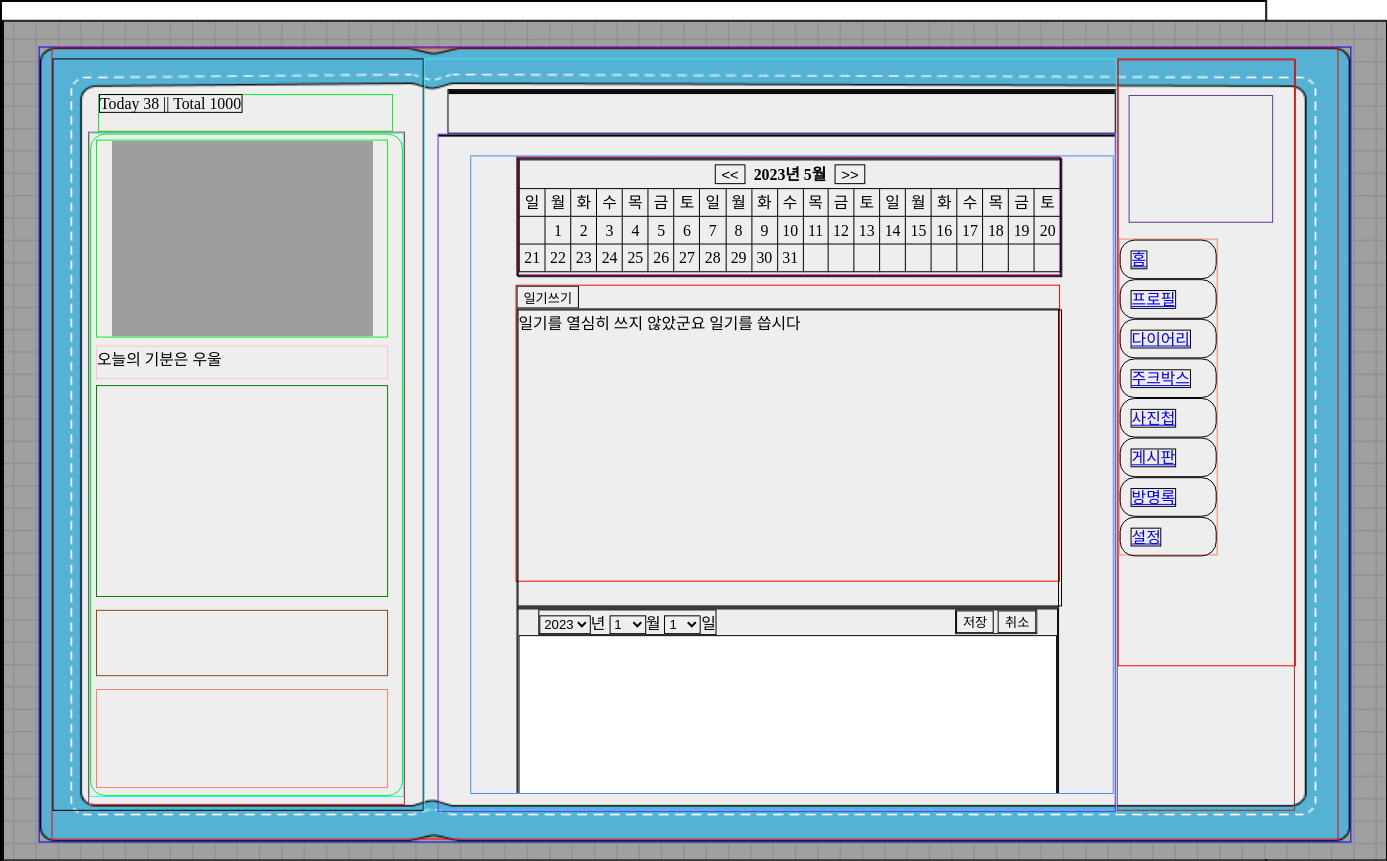
Repository: BBoBBoM/Jsp-workspace
Page: http://localhost/cyworldrenew1/diary.jsp
An editor plug-in stored every save of this project. The page is shown before and after the next save, followed by the edit.
The browser window is 1280 px wide. The page is 1401 px wide, so the pictures cover 1401 px, including what lies to the right of the window. The pictures show the whole page, at 99% of full size.
Pictures or frames that could not be fetched are drawn as grey boxes. An inner scrolling area shows only its first screen. The page is served by Tomcat 9. Queries for data that is not in the repository find no rows.

Above is the page before, as saved 2023-06-01 05:20:31.

### cyworldrenew1/src/main/webapp/diary.jsp
<%@ page language="java" contentType="text/html; charset=UTF-8"
	pageEncoding="UTF-8"%>

<%@ page import="java.util.*"%>
<%@ taglib prefix="c" uri="http://java.sun.com/jsp/jstl/core"%>
<%@ taglib prefix="sql" uri="http://java.sun.com/jsp/jstl/sql"%>
<%@ include file="dbconn.jsp"%>

<%
request.setCharacterEncoding("UTF-8");
String user_id = (String) session.getAttribute("sessionId");
PreparedStatement pstmt;
List<String> diary_contents = new ArrayList<>();
List<String> diary_date = new ArrayList<>();
try {
	String sql = "select * from diary where user_id=? order by diary_date DESC; ";
	pstmt = conn.prepareStatement(sql);
	pstmt.setString(1, user_id);
	ResultSet rs = pstmt.executeQuery();
	while (rs.next()) {
		String diary_contents1 = rs.getString("diary_content");
		String diary_date1 = rs.getString("diary_date");
		diary_contents.add(diary_contents1);
		diary_date.add(diary_date1);
	}
} catch (SQLException e) {
	e.printStackTrace();
}

String cyworld_url = "";
String user_mini_subject = "";
String user_miniroom_file = "";
try {
	String sql = "select * from user where user_id=?";
	String sql1 = "select * from profile where user_id=?";
	pstmt = conn.prepareStatement(sql);
	pstmt.setString(1, user_id);
	ResultSet rs = pstmt.executeQuery();
	while (rs.next()) {
		cyworld_url = rs.getString("cyworld_url");
	}
	pstmt = conn.prepareStatement(sql1);
	pstmt.setString(1, user_id); // user_id 값을 설정해야 합니다.
	ResultSet rs1 = pstmt.executeQuery();
	while (rs1.next()) {
		user_mini_subject = rs1.getString("user_mini_subject");
		user_miniroom_file = rs1.getString("user_miniroom_file");

	}

} catch (SQLException e) {
	e.printStackTrace();
}

String user_name = "";
String email = "";
String user_profile_photo = "";
String user_hello_word = "";
try {
	String sql = "select * from user where user_id=?";
	String sql1 = "select * from profile where user_id=?";
	pstmt = conn.prepareStatement(sql);
	pstmt.setString(1, user_id);
	ResultSet rs = pstmt.executeQuery();
	while (rs.next()) {
		user_name = rs.getString("user_name");
		email = rs.getString("email");
	}
	pstmt = conn.prepareStatement(sql1);
	pstmt.setString(1, user_id); // user_id 값을 설정해야 합니다.
	ResultSet rs1 = pstmt.executeQuery();
	while (rs1.next()) {
		user_profile_photo = rs1.getString("user_profile_photo");
		user_hello_word = rs1.getString("user_hello_word");
	}
} catch (SQLException e) {
	e.printStackTrace();
}

try {

	String sql1 = "select * from profile where user_id=?";

	pstmt = conn.prepareStatement(sql1);
	pstmt.setString(1, user_id); // user_id 값을 설정해야 합니다.
	ResultSet rs1 = pstmt.executeQuery();
	while (rs1.next()) {
		user_miniroom_file = rs1.getString("user_miniroom_file");

	}

} catch (SQLException e) {
	e.printStackTrace();
}
%>
<!DOCTYPE html>
<html>
<head>
<meta charset="EUC-KR">
<title>Insert title here</title>
<style>
* {
	margin: 0 auto;
	box-sizing: border-box;
	list-style: none;
	border: 1px solid black;
}

#mini_container {
	width: 1400px;
	height: 850px;
	border: 1px solid;
	position: relative;
}

#mini_background1 {
	width: 100%;
	height: 100%;
	background: url(background/background.png) no-repeat center;
	background-size: cover;
	position: absolute;
}

#mini_background2 {
	width: 95%;
	height: 95%;
	margin-top: 25px;
	border: 1px solid blue;
	background: url(background/outer.png) no-repeat center;
	background-size: cover;
	background-size: 100% 100%;
}

#all_contentsdiv {
	width: 1300px;
	height: 800px;
	border: 1px solid red;
}

#left_contentsborderdiv {
	float: left;
	margin-top: 10px;
	width: 375px;
	border: 1px solid;
	height: 760px;
}

#center_contentsdiv {
	box-sizing: border-box;
	margin-right: 0px;
	width: 700px;
	float: left;
	height: 760px;
	margin-top: 10px;
	border: 1px solid rgb(63, 231, 236);
}

#center_subject {
	margin-left: 23px;
	height: 6%;
	border: 1px solid;
	margin-top: 30px;
}

#left_contents_visitrate {
	margin-left: 45px;
	margin-top: 35px;
	margin-bottom: 0px;
	width: 80%;
	height: 5%;
	border: 1px solid rgb(6, 243, 38);
}

#right_contentsdiv_border {
	width: 180px;
	height: 760px;
	float: left;
	margin: 10px 0px;
	padding: 0px;
	position: relative;
	border: 1px solid brown;
}

#right_contentsdiv {
	width: 180px;
	height: 613px;
	float: left;
	border: 1px solid red;
}

#right_menu {
	width: 100px;
	height: 320px;
	border: 1px solid salmon;
	margin-top: 180px;
	float: left;
}

#right_menu>div {
	padding: 5px;
	height: 40px;
	border-radius: 15px;
}

#right_menu>div>a {
	margin-left: 5px;
	line-height: 30px;
}

#right_music {
	position: absolute;
	margin-left: 10px;
	top: 36px;
	width: 82%;
	height: 17%;
	border: 1px solid rebeccapurple;
}

#left_contentsdiv {
	margin-right: 0px;
	padding: 0px;
	width: 320px;
	margin-left: 35px;
	float: left;
	height: 680px;
	border: 1px solid rgb(219, 34, 34);
}

#left_contentsdiv1 {
	width: 100%;
	height: 99%;
	border: 1px solid rgb(31, 250, 250);
}

#left_contents_userinfo {
	height: 100%;
	border-radius: 15px;
	padding: 5px;
	position: relative;
	border: 1px solid rgb(6, 243, 38);
}

#left_contents_userinfo>div {
	position: absolute;
	width: 94%;
}

#user_profileimg {
	width: 100%;
	height: 30%;
	border: 1px solid rgb(6, 243, 38);
}

#today_feeling {
	height: 5%;
	top: 32%;
	border: 1px solid pink;
}

#myself_introduce {
	height: 32%;
	border: 1px solid green;
	top: 38%;
}

#user_name_email {
	height: 10%;
	top: 72%;
	border: 1px solid saddlebrown;
}

#cousin_select {
	height: 15%;
	top: 84%;
	border: 1px solid salmon;
}

#center_diarycontentsdiv1 {
	box-sizing: border-box;
	width: 650px;
	float: right;
	height: 645px;
	border: 1px solid rgb(70, 144, 241);
	margin-left: 13px;
	margin-top: 20px;
	word-wrap: break-word;
	overflow-y: scroll;
}

#center_diary_contents {
	width: 550px;
	height: 300px;
	border: 1px solid red;
	margin-left: 45px;
	margin-top: 130px;
}

#center_diary_calendar {
	width: 550px;
	height: 120px;
	border: 1px solid rgb(233, 19, 161);
	margin-left: 45px;
	position: fixed;
}

table {
	border-collapse: collapse;
}

td {
	border: 1px solid black;
	line-height: 25px;
	text-align: center;
}

#calendar {
	width: 550px;
	height: 120px;
	border: 1px solid;
}

input {
	height: 20px;
	font-size: 15px;
	margin-bottom: 3px;
}

#wrap {
	width: 550px;
	height: 120px;
}

.center_diary_box {
	width: 550px;
	height: 300px;
}

#center_contentsdiv1 {
	width: 685px;
	float: left;
	height: 685px;
	border: 1px solid rgb(109, 30, 255);
	margin-left: 13px;
}
</style>
</head>
<body>
	<div id="mini_container">
		<div id="mini_background1">
			<div id="mini_background2">
				<div id="all_contentsdiv">
					<div id="left_contentsborderdiv">
						<div id="left_contents_visitrate">
							<label>Today 38 || Total 1000</label>
						</div>

						<div id="left_contentsdiv">
							<div id="left_contentsdiv1">

								<div id="left_contents_userinfo">
									<div id="user_profileimg"
										style="background:url(userprofileimg/<%=user_profile_photo%>) no-repeat center;background-size: contain;">

									</div>
									<div id="today_feeling">오늘의 기분은 우울</div>
									<div id="myself_introduce"><%=user_hello_word%></div>
									<div id="user_name_email">
										<%=user_name%>
										<br><%=email%></div>
									<div id="cousin_select"></div>

								</div>
							</div>


						</div>

					</div>

					<div id="center_contentsdiv">
						<div id="center_subject">
							<p><%=user_mini_subject%></p>
							<p><%=cyworld_url%></p>
						</div>

						<div id="center_contentsdiv1">

							<div id="center_contents">

								<div id="center_diarycontentsdiv1">
									<div id="center_diary_calendar">
										<div id="calendar">
											<div id="wrap">


												<script>
													let date = new Date();
													let currentMonth = date
															.getMonth();

													function prev() {
														date
																.setMonth(date
																		.getMonth() - 1);
														cal();
													}

													function next() {
														date
																.setMonth(date
																		.getMonth() + 1);
														cal();
													}
													function cal() {
														let month = date
																.getMonth();
														let year = date
																.getFullYear();

														let str = "";

														str += "<table>";

														str += "<tr >";
														str += "<th colspan='21' style='width:550px;'>"
																+ "<input type='button' value='<<' onclick='prev()'>"
																+ "&nbsp;"
																+ "&nbsp;"
																+ year
																+ "년 "
																+ (month + 1)
																+ "월"
																+ "&nbsp;"
																+ "&nbsp;"
																+ "<input type='button' value='>>' onclick='next()'>"
																+ "</th>";
														str += "</tr>";

														str += "<tr>";
														str += "<td>일</td>";
														str += "<td>월</td>";
														str += "<td>화</td>";
														str += "<td>수</td>";
														str += "<td>목</td>";
														str += "<td>금</td>";
														str += "<td>토</td>";
														str += "<td>일</td>";
														str += "<td>월</td>";
														str += "<td>화</td>";
														str += "<td>수</td>";
														str += "<td>목</td>";
														str += "<td>금</td>";
														str += "<td>토</td>";
														str += "<td>일</td>";
														str += "<td>월</td>";
														str += "<td>화</td>";
														str += "<td>수</td>";
														str += "<td>목</td>";
														str += "<td>금</td>";
														str += "<td>토</td>";
														str += "</tr>";

														// 이전 달의 마지막 날짜
														let prevMonthLastDate = new Date(
																year, month, 0)
																.getDate();

														// 현재 달의 첫 번째 요일
														let firstDay = new Date(
																year, month, 1)
																.getDay();

														// 현재 달의 마지막 날짜
														let lastDate = new Date(
																year,
																month + 1, 0)
																.getDate();

														let cnt = 1;

														for (let i = 0; i < 2; i++) {
															str += "<tr >";

															for (let j = 0; j < 21; j++) {
																if (i === 0
																		&& j < firstDay) {
																	let prevDate = prevMonthLastDate
																			- firstDay
																			+ j
																			+ 1;
																	str += "<td >"
																			+ " "
																			+ "</td>";
																} else if (cnt <= lastDate) {
																	str += "<td >"
																			+ cnt
																			+ "</td>";
																	cnt++;
																} else {
																	str += "<td >&nbsp;</td>";
																}
															}

															str += "</tr>";
														}

														str += "</table>";

														document
																.getElementById("wrap").innerHTML = str;
													}
													cal();
												</script>
											</div>
										</div>
									</div>
									<div id="center_diary_contents">
										<button onclick="showTextField()">일기쓰기</button>
										<div id="center_diary_contents1">
											<%
											if (!diary_contents.isEmpty()) {
												for (int i = 0; i < diary_contents.size(); i++) {
											%>
											<div class="center_diary_box">
												<%=diary_date.get(i)%>
												<%=diary_contents.get(i)%>
											</div>
											<br> <br>
											<%
											}
											} else {
											%>
											<div class="center_diary_box">일기를 열심히 쓰지 않았군요 일기를 씁시다</div>
											<%
											}
											%>
										</div>
										<div id="center_diary_contents2">
											<form action="add_diary.jsp" method="post">
											<div id="date_select" style="margin-left:20px; float:left">
												<select>
													<option value="2023">2023</option>
													<option value="2022">2022</option>
													<option value="2021">2021</option>
													<option value="2020">2020</option>
													<option value="2019">2019</option>

												</select>년 <select>
													<%
													for (int i = 1; i < 13; i++) {
													%>
													<option value="<%=i%>"><%=i%></option>
													<%
													}
													%>
												</select>월 <select>
													<%
													for (int i = 1; i < 32; i++) {
													%>
													<option value="<%=i%>"><%=i%></option>
													<%
													}
													%>

												</select>일</div>
												<div id="button_div" style="margin-right:20px; float:right ">
<button type="submit">저장</button>
<button>취소</button></div>

												<textarea style="width: 100%; height: 90%;" id="add_diary"
													name="add_diary">

								</textarea>



											</form>
										</div>
									</div>




								</div>



							</div>
						</div>
					</div>
					<div id="right_contentsdiv_border">
						<div id="right_contentsdiv">
							<div id="right_music"></div>
							<div id="right_menu">
								<div>
									<input type="radio" id="home" class="radioG" name="radio1"
										style="display: none;"> <a href="index.jsp"
										target="_parent">홈</a>
								</div>
								<div>
									<input type="radio" id="profile" class="radioG" name="radio1"
										style="display: none;"> <a href="profile.jsp"
										target="_parent">프로필</a>
								</div>
								<div>
									<input type="radio" id="diary" class="radioG" name="radio1"
										style="display: none;"> <a href="diary.jsp"
										target="_parent">다이어리</a>
								</div>
								<div>
									<input type="radio" id="musicbox" class="radioG" name="radio1"
										style="display: none;"> <a href="index.html"
										target="_parent">주크박스</a>
								</div>
								<div>
									<input type="radio" id="photo" class="radioG" name="radio1"
										style="display: none;"> <a target="_parent"
										href="photo.jsp">사진첩</a>
								</div>
								<div>
									<input type="radio" id="board" class="radioG" name="radio1"
										style="display: none;"> <a target="_parent"
										href="index.html">게시판</a>
								</div>
								<div>
									<input type="radio" id="visitboard" class="radioG"
										name="radio1" style="display: none;"> <a
										target="_parent" href="visit_board.jsp">방명록</a>
								</div>
								<div>
									<input type="radio" id="settion" class="radioG" name="radio1"
										style="display: none;"> <a target="_parent"
										href="index.html">설정</a>
								</div>
							</div>
						</div>
					</div>


				</div>
			</div>
		</div>

	</div>
</body>
</html>

### cyworldrenew1/src/main/webapp/dbconn.jsp
<%@ page language="java" contentType="text/html; charset=UTF-8"
	pageEncoding="UTF-8"%>
<%@ page import="java.sql.*"%>
<%
	Connection conn = null;

	try {
		String url = "jdbc:mysql://localhost:3306/cyworld";
		String user = "root";
		String password = "1111";

		Class.forName("com.mysql.jdbc.Driver");
		conn = DriverManager.getConnection(url, user, password);

	} catch (SQLException ex) {
		out.println("데이터베이스 연결이 실패되었습니다.<br>");
		out.println("SQLException: " + ex.getMessage());
	}

%>

After the next save:
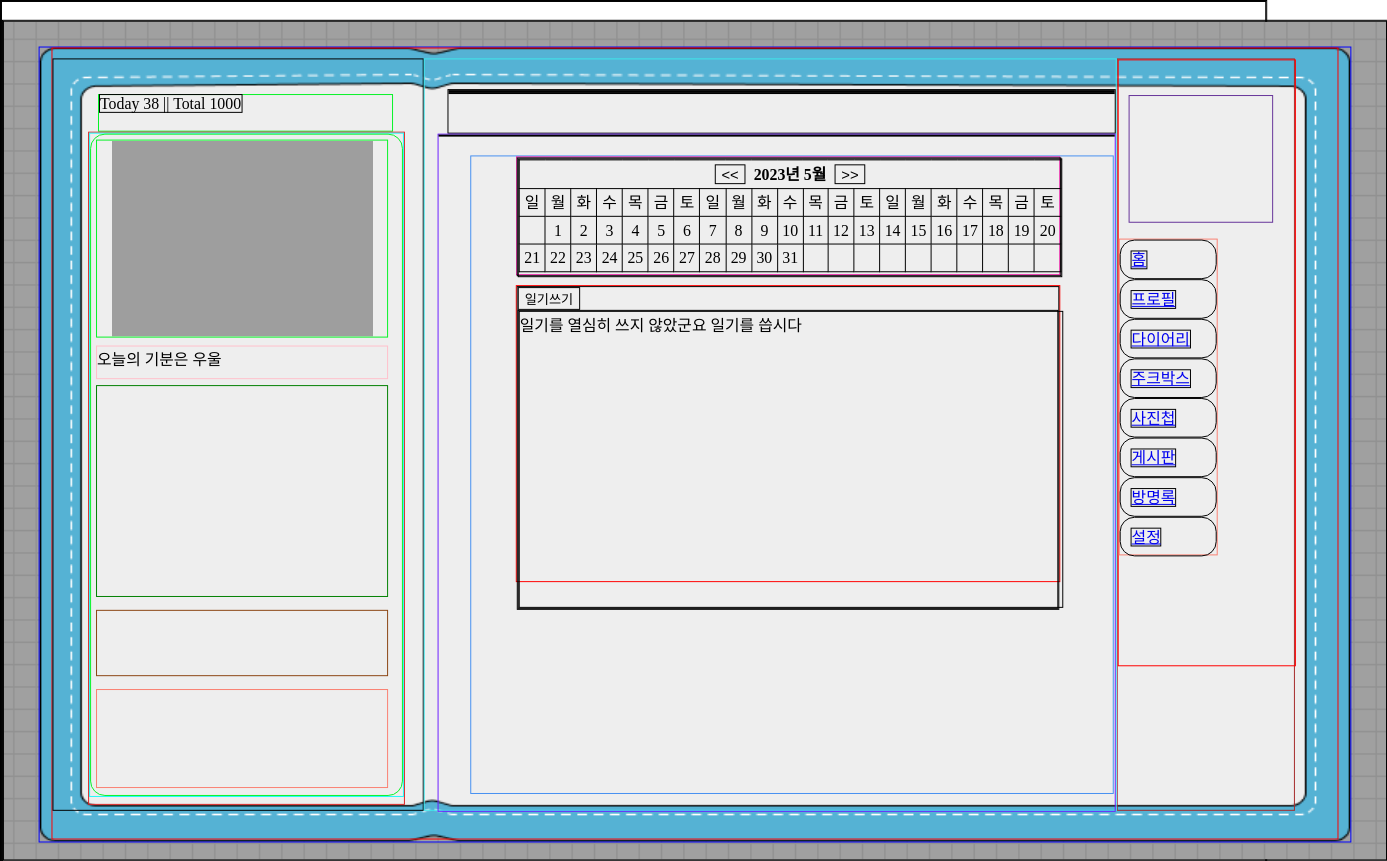
Console error: SyntaxError: Unexpected end of input
Saved 3 min 35 s later.
--- a/cyworldrenew1/src/main/webapp/diary.jsp
+++ b/cyworldrenew1/src/main/webapp/diary.jsp
@@ -515,6 +515,7 @@ input {
 										</div>
 									</div>
 									<div id="center_diary_contents">
+									<div id = "center_diary_contents1">
 										<button onclick="showTextField()">일기쓰기</button>
 										<div id="center_diary_contents1">
 											<%
@@ -535,37 +536,43 @@ input {
 											}
 											%>
 										</div>
-										<div id="center_diary_contents2">
+</div>
+
+
+										<div id="center_diary_contents2" style="display:none;">
 											<form action="add_diary.jsp" method="post">
-											<div id="date_select" style="margin-left:20px; float:left">
-												<select>
-													<option value="2023">2023</option>
-													<option value="2022">2022</option>
-													<option value="2021">2021</option>
-													<option value="2020">2020</option>
-													<option value="2019">2019</option>
-
-												</select>년 <select>
-													<%
-													for (int i = 1; i < 13; i++) {
-													%>
-													<option value="<%=i%>"><%=i%></option>
-													<%
-													}
-													%>
-												</select>월 <select>
-													<%
-													for (int i = 1; i < 32; i++) {
-													%>
-													<option value="<%=i%>"><%=i%></option>
-													<%
-													}
-													%>
-
-												</select>일</div>
-												<div id="button_div" style="margin-right:20px; float:right ">
-<button type="submit">저장</button>
-<button>취소</button></div>
+												<div id="date_select" style="margin-left: 20px; float: left">
+													<select>
+														<option value="2023">2023</option>
+														<option value="2022">2022</option>
+														<option value="2021">2021</option>
+														<option value="2020">2020</option>
+														<option value="2019">2019</option>
+
+													</select>년 <select>
+														<%
+														for (int i = 1; i < 13; i++) {
+														%>
+														<option value="<%=i%>"><%=i%></option>
+														<%
+														}
+														%>
+													</select>월 <select>
+														<%
+														for (int i = 1; i < 32; i++) {
+														%>
+														<option value="<%=i%>"><%=i%></option>
+														<%
+														}
+														%>
+
+													</select>일
+												</div>
+												<div id="button_div"
+													style="margin-right: 20px; float: right">
+													<button type="submit">저장</button>
+													<button>취소</button>
+												</div>
 
 												<textarea style="width: 100%; height: 90%;" id="add_diary"
 													name="add_diary">
@@ -575,9 +582,17 @@ input {
 
 
 											</form>
+
 										</div>
 									</div>
-
+<script>
+
+
+function showTextField() {
+    document.getElementById('center_diary_contents1').style.display = 'none';
+    document.getElementById('center_diary_contents2').style.display = 'block';
+
+</script>
 
 
 
